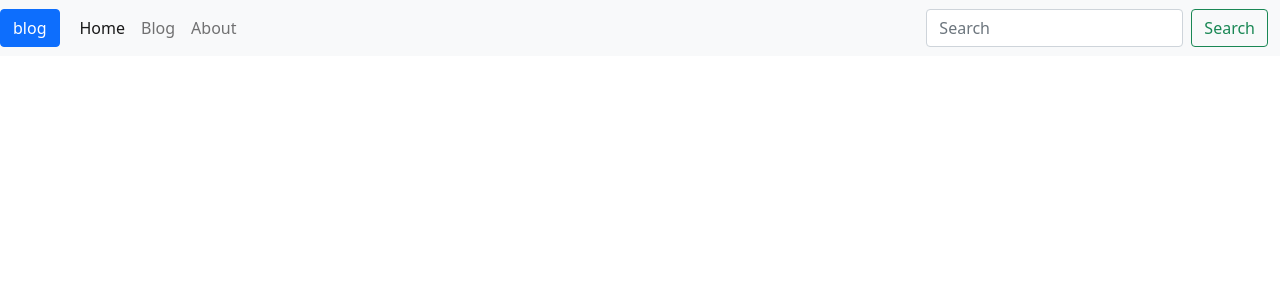
Repository: syni18/bootstrap_blog
Page: index.html
An editor plug-in stored every save of this project. The page is shown before and after a run of saves, followed by the edit.
The browser window is 1280 px wide. The pictures show the whole page.

Above is the page before, as saved 2023-10-25 21:00:17.

### index.html
<!DOCTYPE html>
<html lang="en">
  <head>
    <meta charset="UTF-8" />
    <meta name="viewport" content="width=device-width, initial-scale=1.0" />
    <link
      href="https://cdn.jsdelivr.net/npm/bootstrap@5.0.2/dist/css/bootstrap.min.css"
      rel="stylesheet"
      integrity="sha384-EVSTQN3/azprG1Anm3QDgpJLIm9Nao0Yz1ztcQTwFspd3yD65VohhpuuCOmLASjC"
      crossorigin="anonymous"
    />
    <script
      src="https://cdn.jsdelivr.net/npm/bootstrap@5.0.2/dist/js/bootstrap.bundle.min.js"
      integrity="sha384-MrcW6ZMFYlzcLA8Nl+NtUVF0sA7MsXsP1UyJoMp4YLEuNSfAP+JcXn/tWtIaxVXM"
      crossorigin="anonymous"
    ></script>
    <title>Blogging</title>
  </head>
  <body>
    <nav class="navbar navbar-expand-lg navbar-light bg-light">
      <button
        class="btn btn-primary m"
        type="button"
        data-bs-toggle="offcanvas"
        data-bs-target="#offcanvasScrolling"
        aria-controls="offcanvasScrolling"
      >
        blog
      </button>

      <div
        class="offcanvas offcanvas-start"
        data-bs-scroll="true"
        data-bs-backdrop="false"
        tabindex="-1"
        id="offcanvasScrolling"
        aria-labelledby="offcanvasScrollingLabel"
      >
        <div class="offcanvas-header">
          <h5 class="offcanvas-title" id="offcanvasScrollingLabel">
           Blog
          </h5>
          <button
            type="button"
            class="btn-close"
            data-bs-dismiss="offcanvas"
            aria-label="Close"
          ></button>
        </div>
        <div class="offcanvas-body">
          <p>
            Try scrolling the rest of the page to see this option in action.
          </p>
        </div>
      </div>
      <div class="container-fluid">
        <!-- <a class="navbar-brand" href="#"> Blog </a>
        <button
          class="navbar-toggler"
          type="button"
          data-bs-toggle="collapse"
          data-bs-target="#navbarSupportedContent"
          aria-controls="navbarSupportedContent"
          aria-expanded="false"
          aria-label="Toggle navigation"
        >
          <span class="navbar-toggler-icon"></span>
        </button> -->
        <div class="collapse navbar-collapse" id="navbarSupportedContent">
          <ul class="navbar-nav me-auto mb-2 mb-lg-0">
            <li class="nav-item">
              <a class="nav-link active" aria-current="page" href="#"> Home </a>
            </li>
            <li class="nav-item">
              <a class="nav-link" href="#"> Blog </a>
            </li>
            <!-- <li class="nav-item dropdown">
              <a
                class="nav-link dropdown-toggle"
                href="#"
                id="navbarDropdown"
                role="button"
                data-bs-toggle="dropdown"
                aria-expanded="false"
              >
                Dropdown
              </a>
              <ul class="dropdown-menu" aria-labelledby="navbarDropdown">
                <li>
                  <a class="dropdown-item" href="#">
                    Action
                  </a>
                </li>
                <li>
                  <a class="dropdown-item" href="#">
                    Another action
                  </a>
                </li>
                <li>
                  <hr class="dropdown-divider" />
                </li>
                <li>
                  <a class="dropdown-item" href="#">
                    Something else here
                  </a>
                </li>
              </ul>
            </li> -->
            <li class="nav-item">
              <a class="nav-link" href="#"> About </a>
            </li>
          </ul>
          <form class="d-flex">
            <input
              class="form-control me-2"
              type="search"
              placeholder="Search"
              aria-label="Search"
            />
            <button class="btn btn-outline-success" type="submit">
              Search
            </button>
          </form>
        </div>
      </div>
    </nav>
  </body>
</html>

After the next 2 saves:
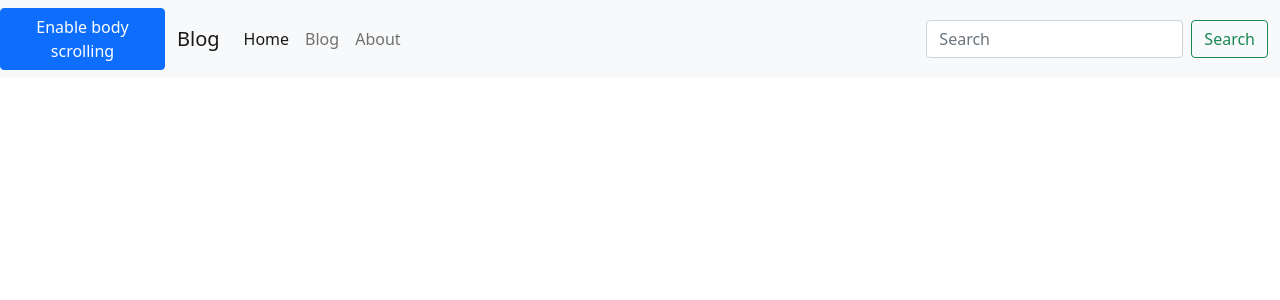
The 2 saves are shown as one change because they came seconds apart.
The last was saved 11 s later.
--- a/index.html
+++ b/index.html
@@ -1,60 +1,29 @@
 <!DOCTYPE html>
 <html lang="en">
-  <head>
-    <meta charset="UTF-8" />
-    <meta name="viewport" content="width=device-width, initial-scale=1.0" />
-    <link
-      href="https://cdn.jsdelivr.net/npm/bootstrap@5.0.2/dist/css/bootstrap.min.css"
-      rel="stylesheet"
-      integrity="sha384-EVSTQN3/azprG1Anm3QDgpJLIm9Nao0Yz1ztcQTwFspd3yD65VohhpuuCOmLASjC"
-      crossorigin="anonymous"
-    />
-    <script
-      src="https://cdn.jsdelivr.net/npm/bootstrap@5.0.2/dist/js/bootstrap.bundle.min.js"
-      integrity="sha384-MrcW6ZMFYlzcLA8Nl+NtUVF0sA7MsXsP1UyJoMp4YLEuNSfAP+JcXn/tWtIaxVXM"
-      crossorigin="anonymous"
-    ></script>
+<head>
+    <meta charset="UTF-8">
+    <meta name="viewport" content="width=device-width, initial-scale=1.0">
+     <link href="https://cdn.jsdelivr.net/npm/bootstrap@5.0.2/dist/css/bootstrap.min.css" rel="stylesheet" integrity="sha384-EVSTQN3/azprG1Anm3QDgpJLIm9Nao0Yz1ztcQTwFspd3yD65VohhpuuCOmLASjC" crossorigin="anonymous">
+    <script src="https://cdn.jsdelivr.net/npm/bootstrap@5.0.2/dist/js/bootstrap.bundle.min.js" integrity="sha384-MrcW6ZMFYlzcLA8Nl+NtUVF0sA7MsXsP1UyJoMp4YLEuNSfAP+JcXn/tWtIaxVXM" crossorigin="anonymous"></script>
     <title>Blogging</title>
-  </head>
-  <body>
+</head>
+<body>
     <nav class="navbar navbar-expand-lg navbar-light bg-light">
-      <button
-        class="btn btn-primary m"
-        type="button"
-        data-bs-toggle="offcanvas"
-        data-bs-target="#offcanvasScrolling"
-        aria-controls="offcanvasScrolling"
-      >
-        blog
-      </button>
+        <button class="btn btn-primary" type="button" data-bs-toggle="offcanvas" data-bs-target="#offcanvasScrolling" aria-controls="offcanvasScrolling">Enable body scrolling</button>
 
-      <div
-        class="offcanvas offcanvas-start"
-        data-bs-scroll="true"
-        data-bs-backdrop="false"
-        tabindex="-1"
-        id="offcanvasScrolling"
-        aria-labelledby="offcanvasScrollingLabel"
-      >
-        <div class="offcanvas-header">
-          <h5 class="offcanvas-title" id="offcanvasScrollingLabel">
-           Blog
-          </h5>
-          <button
-            type="button"
-            class="btn-close"
-            data-bs-dismiss="offcanvas"
-            aria-label="Close"
-          ></button>
-        </div>
-        <div class="offcanvas-body">
-          <p>
-            Try scrolling the rest of the page to see this option in action.
-          </p>
-        </div>
-      </div>
+<div class="offcanvas offcanvas-start" data-bs-scroll="true" data-bs-backdrop="false" tabindex="-1" id="offcanvasScrolling" aria-labelledby="offcanvasScrollingLabel">
+  <div class="offcanvas-header">
+    <h5 class="offcanvas-title" id="offcanvasScrollingLabel">Offcanvas with body scrolling</h5>
+    <button type="button" class="btn-close" data-bs-dismiss="offcanvas" aria-label="Close"></button>
+  </div>
+  <div class="offcanvas-body">
+    <p>Try scrolling the rest of the page to see this option in action.</p>
+  </div>
+</div>
       <div class="container-fluid">
-        <!-- <a class="navbar-brand" href="#"> Blog </a>
+        <a class="navbar-brand" href="#">
+          Blog
+        </a>
         <button
           class="navbar-toggler"
           type="button"
@@ -65,14 +34,18 @@
           aria-label="Toggle navigation"
         >
           <span class="navbar-toggler-icon"></span>
-        </button> -->
+        </button>
         <div class="collapse navbar-collapse" id="navbarSupportedContent">
           <ul class="navbar-nav me-auto mb-2 mb-lg-0">
             <li class="nav-item">
-              <a class="nav-link active" aria-current="page" href="#"> Home </a>
+              <a class="nav-link active" aria-current="page" href="#">
+                Home
+              </a>
             </li>
             <li class="nav-item">
-              <a class="nav-link" href="#"> Blog </a>
+              <a class="nav-link" href="#">
+                Blog
+              </a>
             </li>
             <!-- <li class="nav-item dropdown">
               <a
@@ -107,7 +80,9 @@
               </ul>
             </li> -->
             <li class="nav-item">
-              <a class="nav-link" href="#"> About </a>
+              <a class="nav-link" href="#">
+                About
+              </a>
             </li>
           </ul>
           <form class="d-flex">
@@ -124,5 +99,5 @@
         </div>
       </div>
     </nav>
-  </body>
+</body>
 </html>
